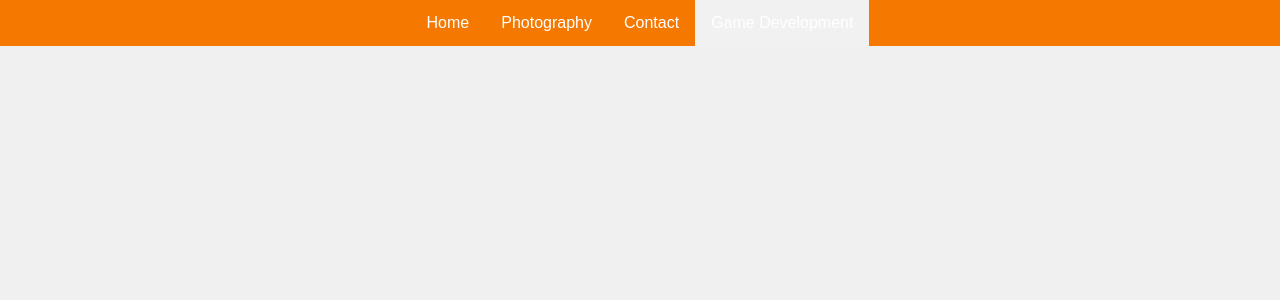
Repository: Argivist/ArgPortfolio
Page: blender/index.html
An editor plug-in stored every save of this project. The page is shown before and after the next save, followed by the edit.
The browser window is 1280 px wide. The pictures show the whole page.

Above is the page before, as saved 2025-03-28 16:12:33.

### blender/index.html
<!DOCTYPE html>
<html lang="en">

<head>
    <meta charset="UTF-8">
    <meta name="viewport" content="width=device-width, initial-scale=1.0">
    <link rel="stylesheet" href="../css/styles.css">
    <link rel="stylesheet" href="../css/nav.css">
    <link rel="stylesheet" href="../css/blender.css">


    <title>Hutton Amison-Addy</title>

    <style>
        body{
            background-color: #f0f0f0;
            font-family: 'Arial', sans-serif;
        }
    </style>
</head>

<body>
    <nav>
        <ul>
            <li class="nav-content"><a href="../../index.html">Home</a></li>
            <li class="nav-content"><a href="https://www.instagram.com/theworldinoneseye/">Photography</a></li>

            <li class="dropdown nav-content">
                <a href="contact.html">Contact</a>
                <ul class="dropdown-content">
                    <li><a href="https://www.linkedin.com/in/hutton-amison-addy-7b1b3b1b1/">LinkedIn</a></li>
                    <li><a href="https://www.github.com/Argivist">GitHub</a></li>
                    <li><a href="mailto:hutton.amison@ashesi.edu.gh">hutton.amison@ashesi.edu.gh</a></li>
                    <li><a href="mailto:huttonaaddy.public@gmail.com">huttonaaddy.public@gmail.com</a></li>
                </ul>
            </li>

            <li class="dropdown nav-content active">
                <a href="#">Game Development</a>
                <ul class="dropdown-content">
                    <li><a href="../game/index.html">Game Development Projects</a></li>
                    <li class=" "><a href="">Blender</a></li>
                </ul>
            </li>
        </ul>
    </nav>
    <div class="padding">
    </div>
        <div class="overlay">

        </div>



</body>

</html>

### css/styles.css
body{
    height: 100%;
    margin: 0;
    padding: 0;
}

### css/nav.css
/* 1. Define default variables in :root */


/* NAV Content and Dropdown */
.nav-content {
    position: relative;
    display: inline-block;
}

.dropdown {
    position: relative; /* For proper absolute positioning of its child */
    display: inline-block;
}

.dropdown:hover .dropdown-content {
    display: block;
}

.dropdown-content {
    display: none;
    position: absolute; /* This makes it overlay other elements without affecting layout */
    background-color: var(--dropdown-bg);
    min-width: 160px;
    box-shadow: 0px 8px 16px 0px rgba(0,0,0,0.2);
    z-index: 1;
}

/* Nav Stylisation */
nav {
    background-color: var(--nav-bg);
    position: fixed;
    top: 0;
    left: 0;
    width: 100vw;
    z-index: 100;
    display: flex;
    justify-content: center;  /* Centers the nav content horizontally */
    align-items: center;      /* Vertically centers items */
    margin: 0;
    color: var(--nav-link-color);
}

/* Reserve space for the fixed navbar */
.padding {
    height: 35px;  /* Adjust this value to match your navbar's height */
    top: 0;
    left: 0;
    width: 100%;
    bottom: 0;
}

/* Nav List Styles */
nav ul {
    list-style-type: none;
    margin: 0;
    padding: 0;
    display: flex;
}

nav ul li {
    display: inline-block;
    margin: 0;
    text-align: center;
    /* If you want each <li> to match nav’s background: */
    background-color: var(--nav-bg);
}

/* Nav Links */
nav ul li a {
    display: block;
    color: var(--nav-link-color);
    text-align: center;
    padding: 14px 16px;
    text-decoration: none;
}

nav ul li a:hover {
    background-color: var(--nav-link-hover-bg);
    color: var(--nav-link-active-color);
}

/* Optional: Ensure dropdown list items take full width */
.dropdown ul li {
    width: 100%;
}

/* Active link styling */
.active {
    background-color: var(--active-bg);
    color: var(--nav-link-active-color);
}

### css/blender.css
:root {
    --nav-bg: #f57900;           /* Blender's dark gray background */
    --nav-link-color: #d9d9d9;   /* Light gray text for contrast */
    --nav-link-hover-bg: #3d3d3d; /* Slightly lighter gray on hover */
    --dropdown-bg: #2c2c2c;      /* Dark dropdown background */
    --active-bg: #f1f1f1;        /* Blender's signature orange */
    --border-color: #555;        /* Subtle border color */
    --text-color: #333;          /* Dark gray text */
    --nav-link-color: #fff;      /* Light gray text for contrast */
    --nav-link-active-color: #f57900; /* Blender's signature orange */
}

After the next save:
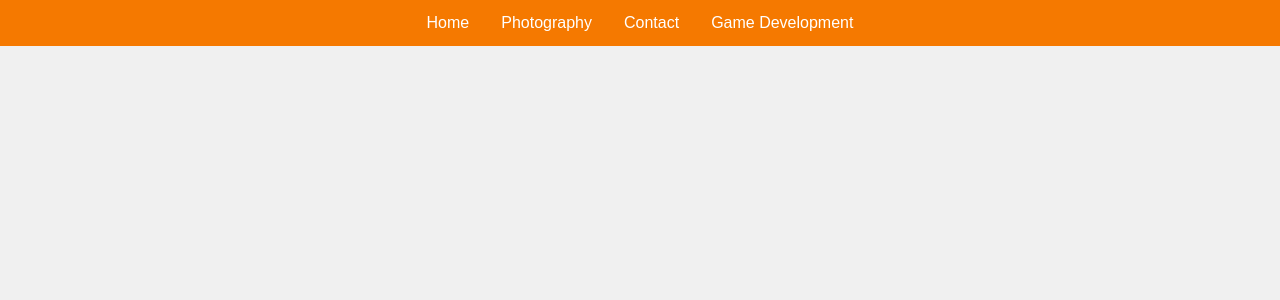
Saved 25 s later.
--- a/css/nav.css
+++ b/css/nav.css
@@ -86,6 +86,6 @@
 
 /* Active link styling */
 .active {
-    background-color: var(--active-bg);
+    /* background-color: var(--active-bg); */
     color: var(--nav-link-active-color);
 }

After the save that followed:
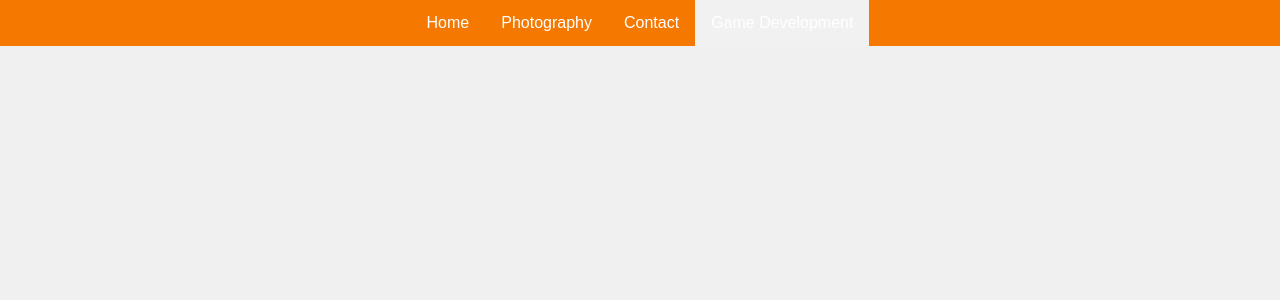
Saved 6 s later.
--- a/css/nav.css
+++ b/css/nav.css
@@ -86,6 +86,6 @@
 
 /* Active link styling */
 .active {
-    /* background-color: var(--active-bg); */
+    background-color: var(--active-bg);
     color: var(--nav-link-active-color);
 }
